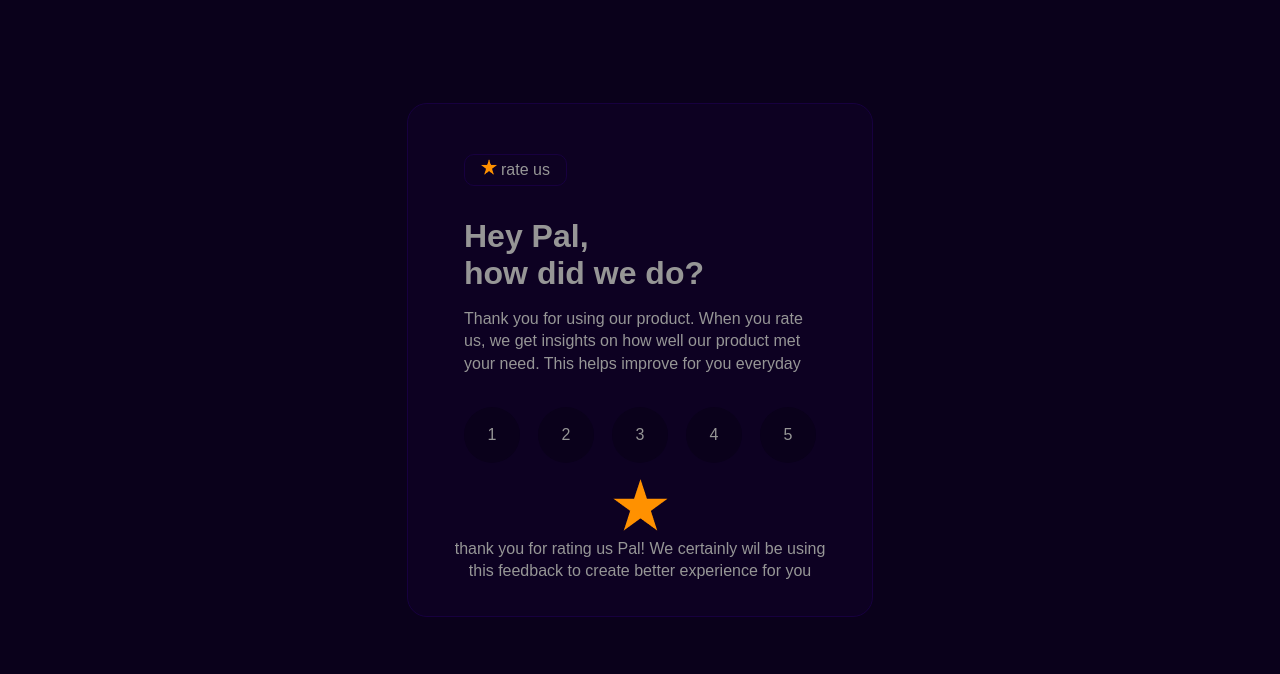
Repository: russel-success/xcodepp-TASK-2
Page: index.html
The author's editor kept a copy of each file at every save. The page is drawn from the files as they stood at one save, then again after a run of saves.
The browser window is 1280 px wide. The pictures show the whole page.

Above is the page before, as saved 2024-05-27 17:21:53.

After the next 2 saves:
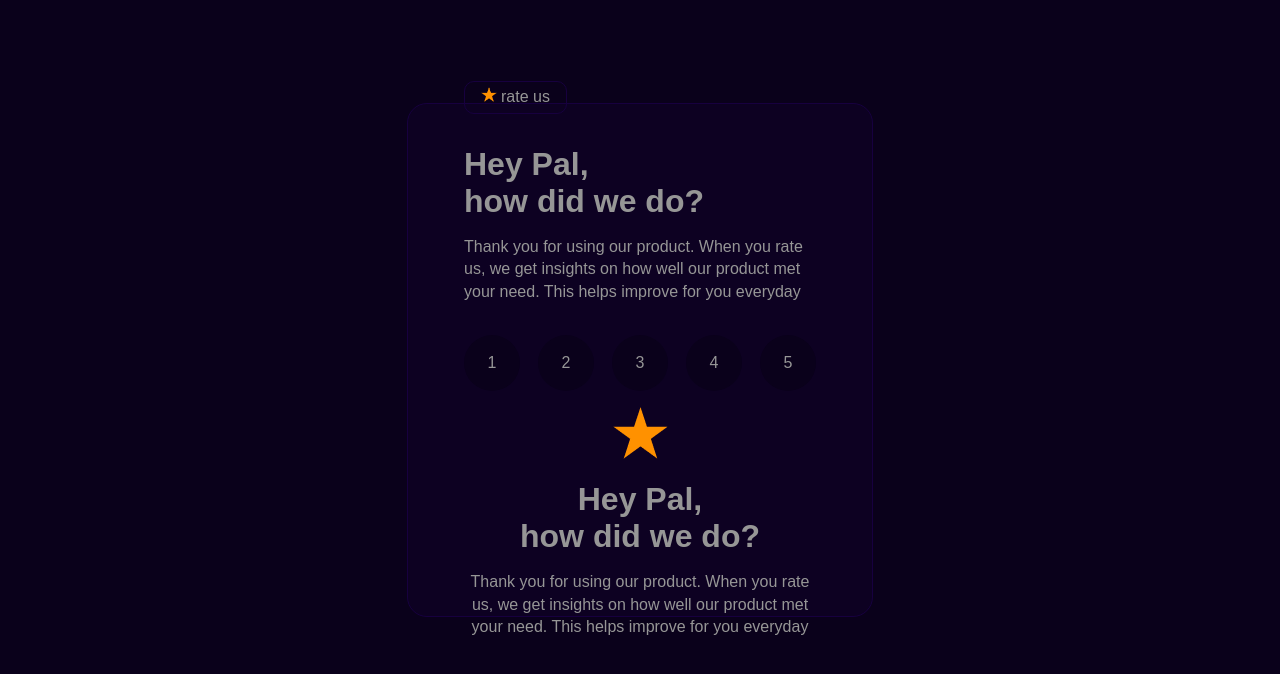
The 2 saves are shown as one change because they came seconds apart.
The last was saved 56 s later.
--- a/index.html
+++ b/index.html
@@ -33,7 +33,11 @@
                         <img src="assets/star.png" alt="">
                     </div><br>
                 </div>
-                <p>thank you for rating us Pal! We certainly wil be using this feedback to create better experience for you</p>
+
+                <div class="body-text-container">
+                    <h1>Hey Pal,<br> how did we do?</h1>
+                    <p class="body-text">Thank you for using our product. When you rate us, we get insights on how well our product met your need. This helps improve for you everyday</p>
+                </div>
 
         </div>
     </div>
